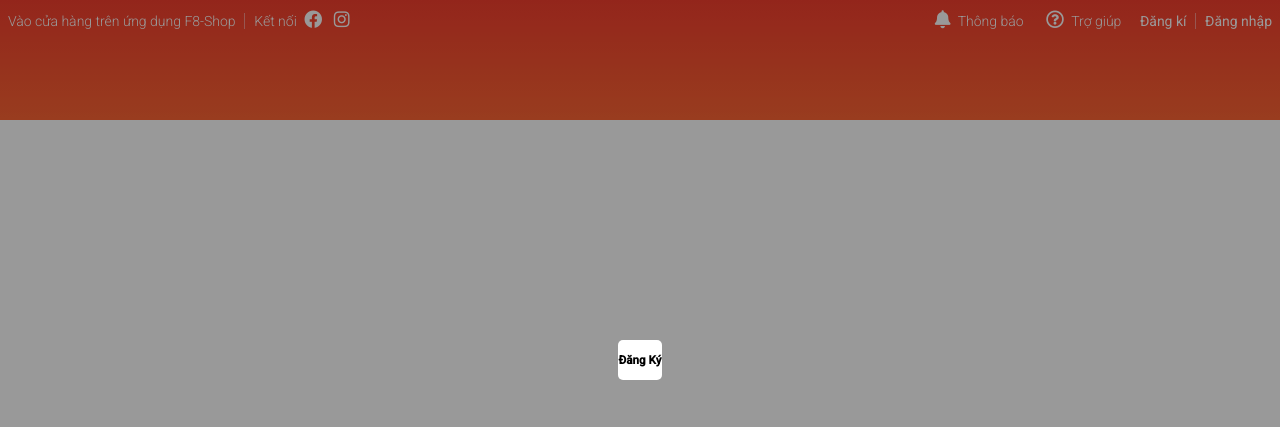
Repository: phunobi1807/shopee
Page: index.html
These files come from the project's save history. The page is drawn as it stood at one moment and after the next save; the edit follows.
The browser window is 1280 px wide. The pictures show the whole page.

Above is the page before, as saved 2021-06-13 13:50:03.

### index.html
<!DOCTYPE html>
<html lang="en">

<head>
    <meta charset="UTF-8">
    <meta http-equiv="X-UA-Compatible" content="IE=edge">
    <meta name="viewport" content="width=device-width, initial-scale=1.0">
    <title>Document</title>
    <link rel="stylesheet" href="https://cdnjs.cloudflare.com/ajax/libs/normalize/8.0.1/normalize.min.css">
    <link rel="stylesheet" href="./assets/css/base.css">
    <link rel="stylesheet" href="./assets/css/main.css">
    <link rel="stylesheet"
        href="./assets/fonts/fontawesome-free-5.15.3-web/fontawesome-free-5.15.3-web/css/all.min.css">
    <link rel="preconnect" href="https://fonts.gstatic.com">
    <link href="https://fonts.googleapis.com/css2?family=Roboto:wght@300;400;500&display=swap" rel="stylesheet">
</head>

<body>
    <div class="app">
        <header class="header">
            <div class="grid">
                <nav class="header__navbar">
                    <ul class="header__navbar-list">
                        <li class="header__navbar-item header__navbar-item--has-qr header__navbar-item--separate">
                            Vào cửa hàng trên ứng dụng F8-Shop
                            <div class="header__qr">
                                <img src="./assets/img/QR_code.png" alt="QR code" class="header__qr-img">
                                <div class="header__qr-apps">
                                    <a href="" class="header__qr-link">
                                        <img src="./assets/img/app_store.png" alt="Google Play"
                                            class="header__qr-download-img">
                                    </a>
                                    <a href="" class="header__qr-link">
                                        <img src="./assets/img/gg_play.png" alt="App Store"
                                            class="header__qr-download-img">
                                    </a>
                                </div>
                            </div>
                        </li>
                        <li class="header__navbar-item">
                            <span class="header__navbar-title--no-pointer">Kết nối</span>
                            <a href="" class="header__navbar-icon-link">
                                <i class="header__navbar-icon fab fa-facebook"></i>
                            </a>
                            <a href="" class="header__navbar-icon-link">
                                <i class="header__navbar-icon fab fa-instagram"></i>
                            </a>
                        </li>
                    </ul>
                    <ul class="header__navbar-list">
                        <li class="header__navbar-item header__navbar-item--has-notify">
                            <a href="" class="header__navbar-item-link">
                                <i class="header__navbar-icon fas fa-bell"></i>
                                Thông báo
                            </a>
                            <div class="header__notify">
                                <header class="header__notify-header">
                                    <h3>Thông báo mới nhận</h3>
                                </header>
                                <ul class="header__notify-list">
                                    <li class="header__notify-item header__notify-item-viewed">
                                        <a href="" class="header__notify-link">
                                            <img src="https://cf.shopee.vn/file/5fbf9049e4439e01d27d8f14388c46f8_tn" alt="" class="header__notify-img">
                                            <div class="header__notify-info">
                                                <span class="header__notify-name">Mỹ phẩm Ohui chính hãng</span>
                                                <span class="header__notify-description">Mô tả mỹ phẩm Ohui chính
                                                    hãng</span>
                                            </div>
                                        </a>
                                    </li>
                                    <li class="header__notify-item">
                                        <a href="" class="header__notify-link">
                                            <img src="https://cf.shopee.vn/file/5fbf9049e4439e01d27d8f14388c46f8_tn" alt="" class="header__notify-img">
                                            <div class="header__notify-info">
                                                <span class="header__notify-name">Mỹ phẩm Ohui chính hãng</span>
                                                <span class="header__notify-description">Mô tả mỹ phẩm Ohui chính
                                                    hãng</span>
                                            </div>
                                        </a>
                                    </li>
                                    <li class="header__notify-item ">
                                        <a href="" class="header__notify-link">
                                            <img src="https://cf.shopee.vn/file/5fbf9049e4439e01d27d8f14388c46f8_tn" alt="" class="header__notify-img">
                                            <div class="header__notify-info">
                                                <span class="header__notify-name">Mỹ phẩm Ohui chính hãng</span>
                                                <span class="header__notify-description">Mô tả mỹ phẩm Ohui chính
                                                    hãng</span>
                                            </div>
                                        </a>
                                    </li>
                                </ul>
                                <footer class="header__notify-footer">
                                    <a href="" class="header__notify-footer-btn">Xem tất cả</a>
                                </footer>
                            </div>
                        </li>
                        <li class="header__navbar-item">
                            <a href="" class="header__navbar-item-link">
                                <i class="header__navbar-icon far fa-question-circle"></i>
                                Trợ giúp
                            </a>
                        </li>
                        <li class="header__navbar-item header__navbar-item--strong header__navbar-item--separate">Đăng
                            kí</li>
                        <li class="header__navbar-item header__navbar-item--strong">Đăng nhập</li>
                    </ul>
                </nav>
            </div>
        </header>
        <div class="container">

        </div>
        <footer class="footer">

        </footer>
    </div>
<!-- Modal layout  -->
    <div class="modal">
        <div class="modal__overlay"></div>
        <div class="modal__body">
            <div class="modal__inner">
                <!-- Authen Form  -->
                <div class="auth-form">
                    <div class="auth-form__header">
                        <h3 class="auth-form__heading">
                            Đăng Ký
                        </h3>
                        <span class="auth-form__switch-btn">

                        </span>
                    </div>
                </div>
            </div>
        </div>
    </div>
</body>

</html>

### assets/css/base.css
:root
{
    --primary-color:#ee4d2d;
    --white-color: #fff;
    --black-color: #000;
    --text-color: #333;
}

*
{
    box-sizing: inherit;
}

html
{
    /* 10px */
    font-size: 62.5%;
    line-height: 1.6rem;
    font-family: 'Roboto', sans-serif;
    box-sizing: border-box;
}

.grid
{
    width: 1850px;
    max-width: 100%;
    margin: 0 auto;
}

.grid__full-width
{
    width: 100%;
}

.grid__row
{
    display: flex;
    flex-wrap: wrap;
}
/* Animation */
@keyframes fadeIn
{
    from
    {
        opacity: 0;
    }
    to
    {
        opacity: 1;
    }
}

/* Modal  */
.modal
{
    position: fixed;
    top: 0;
    right: 0;
    bottom: 0;
    left: 0;
    display: flex;
}
.modal__overlay
{
    position: absolute;
    width: 100%;
    height: 100%;
    background-color: rgba(0, 0, 0, 0.4);
}
.modal__body
{
    background-color: var(--white-color);
    margin: auto;
    position: relative;
    z-index: 1;
    border-radius: 5px;
}

### assets/css/main.css
.header
{
    height: 120px;
    background-image: linear-gradient(0, #fe6433, #f53e2d);
}
.header__navbar
{
    display: flex;
    justify-content: space-between;
}
.header__navbar-list
{
    list-style: none;
    padding-left: 0;
}
.header__navbar-item
{
    position: relative;
    margin: 0px 8px;
    min-height: 26px;
}
.header__navbar-item--has-qr:hover .header__qr
{
    display: block;
}
.header__navbar-item--has-notify:hover .header__notify
{
    display: block;
}
.header__navbar-item,
.header__navbar-item-link
{
    display: inline-block;
    font-size: 1.4rem;
    color: var(--white-color);
    text-decoration: none;
    font-weight: 300;
}
.header__navbar-item:hover,
.header__navbar-icon-link:hover,
.header__navbar-item-link:hover
{
    color: rgba(255, 255, 255, 0.7);
    cursor: pointer;
}
.header__navbar-item--strong
{
    font-weight: 400;
}
.header__navbar-item--separate::after
{
    content: "";
    display: block;
    position: absolute;
    border-left: 1px solid #FB9086;
    height: 16px;
    right: -9px;
    top: 0;

}

.header__navbar-icon-link
{
    color: var(--white-color);
    text-decoration: none;
}
.header__navbar-icon
{
    font-size: 1.8rem;
    margin: 0px 4px;

}
.header__navbar-title--no-pointer
{
    cursor: text;
    color: var(--white-color);
}
/* Header QR code  */
.header__qr
{
    background-color: var(--white-color);
    width: 186px;
    position: absolute;
    left: 0;
    top: 118%;
    padding: 8px;
    border-radius: 2px;
    display: none;
    animation:  fadeIn ease-in 0.3s;

}
.header__qr::before
{
    position: absolute;
    left: 0;
    top: -16px;
    width: 100%;
    height: 20px;
    content: "";
    display: block;

}
.header__qr-img
{
width: 100%;
}
.header__qr-apps
{
    display: flex;
    justify-content: space-between;
}
.header__qr-link:nth-child(1)
{
    margin-left: 11px;
}
.header__qr-link:nth-child(2)
{
    margin-right: 11px;
}
.header__qr-download-img
{
    height: 15px;
}

/* Header notification  */
.header__notify
{
    position: absolute;
    top: 118%;
    right: 0;
    width: 404px;
    border: 1px solid #D3D3D3;
    background-color: var(--white-color);
    cursor: default;
    transform-origin: calc(100% - 20px) top;
    animation: headerNotifyGrowth ease-in 0.25s;
    will-change: opacity, transform;
    display: none;
}
.header__notify::before
{
    content: "";
    border-width: 20px 27px;
    border-style:  solid;
    border-color: transparent transparent var(--white-color) transparent;
    position: absolute;
    right: 4px;
    top: -29px;
}
.header__notify::after
{
    content: "";
    display: block;
    position: absolute;
    top: -16px;
    right: 0;
    width: 90px;
    height: 20px;
}
@keyframes headerNotifyGrowth
{
    from
    {
        opacity: 0;
        transform: scale(0);
    }
    to
    {
        opacity: 1;
        transform: scale(1);
    }
}
.header__notify-header
{
    height: 40px;
    background-color: var(--white-color);
}
.header__notify-header h3
{
    color: #999;
    margin: 0 0 0 12px;
    font-weight: 400;
    font-size: 1.4rem;
    line-height: 40px;
    cursor: text;
}
.header__notify-list
{
    padding-left: 0;
}
.header__notify-item
{
   display: flex;
}
.header__notify-item:hover
{
    background-color: #f7f7f7;
}
.header__notify-item-viewed
{
    background-color: rgba(238, 77, 45, 0.08);
}
.header__notify-link
{
    display: flex;
    width: 100%;
    padding: 12px;
    text-decoration: none;

}
.header__notify-img
{
    width: 48px;
    object-fit: contain;
}
.header__notify-info
{
    margin-left: 12px;
}

.header__notify-name
{
    display: block;
    font-size: 1.4rem;
    color: var(--text-color);
    font-weight: 400;
    line-height: 1.8rem;
}
.header__notify-description
{
display: block;
font-size: 1.2rem;
line-height: 2rem;
color: #756F6E;
margin-top: 4px;
}
.header__notify-footer
{
    display: flex;
}
.header__notify-footer-btn
{
    text-decoration: none;
    color: var(--text-color);
    width: 100%;
    padding: 8px 0px;
    font-size: 1.4rem;
    font-weight: 400;
    text-align: center;
}

Loaded but not shown: assets/fonts/fontawesome-free-5.15.3-web/fontawesome-free-5.15.3-web/css/all.min.css (library)

After the next save:
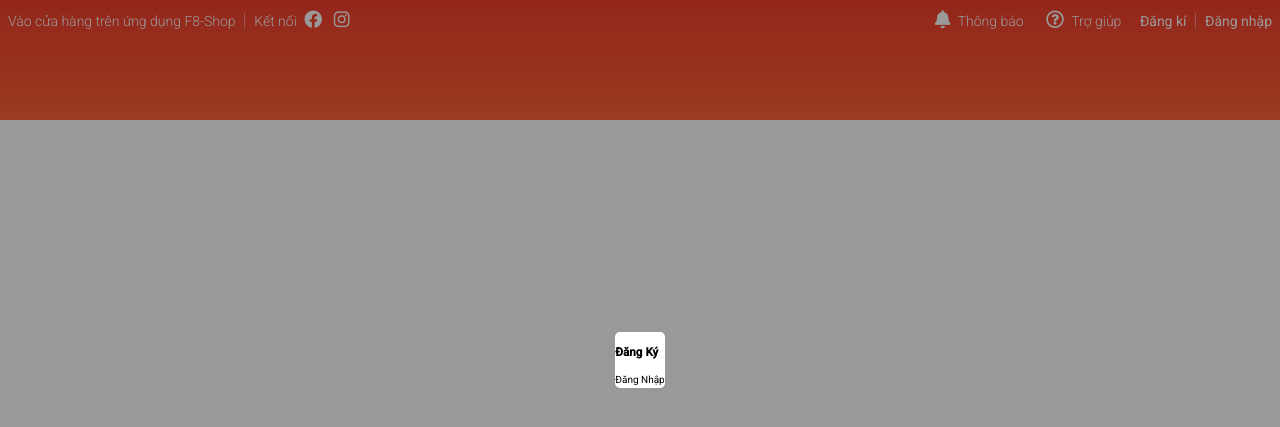
Saved 5 s later.
--- a/index.html
+++ b/index.html
@@ -126,7 +126,7 @@
                             Đăng Ký
                         </h3>
                         <span class="auth-form__switch-btn">
-
+                            Đăng Nhập
                         </span>
                     </div>
                 </div>
